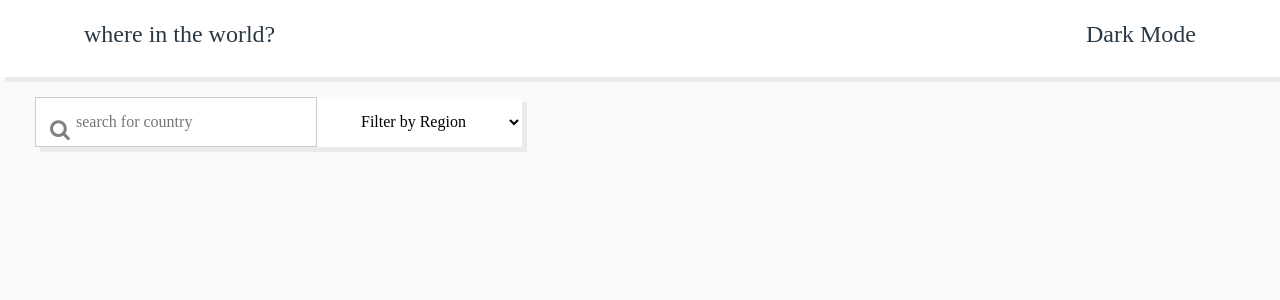
Repository: lamilekan263/countries
Page: /
These files come from the project's save history. The page is drawn as it stood at one moment and after the next save; the edit follows.
The browser window is 1280 px wide. The pictures show the whole page.
The page's requests for data from a server got no answer. The project was rebuilt for these pictures with package versions that can differ from the ones it lists, and the page was loaded fresh each time. No one was signed in, and anything a server would have sent is missing. Also part of the build but not shown: src/components/country/country.css, src/components/country/country.jsx.

Above is the page before, as saved 2020-07-20 22:14:01.

### src/index.js
import React from 'react';
import ReactDOM from 'react-dom';
import 'bootstrap/dist/css/bootstrap.css'
import App from './App';
import './App.css'

ReactDOM.render(
  <React.StrictMode>
    <App />
  </React.StrictMode>,
  document.getElementById('root')
);

// If you want your app to work offline and load faster, you can change
// unregister() to register() below. Note this comes with some pitfalls.
// Learn more about service workers: https://bit.ly/CRA-PWA
if(module.hot){
  module.hot.accept()
}

### src/App.js
import React, {Component} from 'react';
import NavBar from './components/Navbar/navBar.component'
import CountryList from './components/country-list/country-list.component'
import MyForm from './components/form.component/form.component'

class App extends Component {
  constructor(){
    super();
    this.state={
      countries :[


      ],
      searchValue : ''

      }
  }
    componentDidMount(){
    fetch('https://restcountries.eu/rest/v2/all')
    .then(response => response.json())
    .then(countries => this.setState({countries}))
  }

  handleCountry = e =>{
    this.setState({searchValue : e.target.value})
    console.log(e)

  }

  render() {
    const {countries, searchValue} = this.state
    const filteredCountries = countries.filter(country => country.name.toLowerCase().includes(searchValue.toLowerCase()))
    return (
      <div>
        <NavBar  />
        <MyForm handleChange ={this.handleCountry}/>
          <CountryList countries = {filteredCountries} />


      </div>
    );
  }
}

export default App;

### src/components/Navbar/navBar.component.jsx
import React  from 'react';
import '../Navbar/navbar.styles.css'
const NavBar = () => {
    return (
        <nav >
            <div className="myContainer" id="nav-flex">
                <div>
                    <h1 >where in the world?</h1>
                </div>
                <div>
                    <h1>Dark Mode</h1>
                </div>
            </div>
        </nav>
     );
}

export default NavBar;

### src/components/country-list/country-list.component.jsx
import React from 'react';
import Country from '../country/country'
import './country-list.styles.css'
const CountryList = props => {
    return (
        <div className="country-list container-fluid">
                    <div className="flex-country">
                        {
                            props.countries.map((country,index) => (
                                    <Country key={ index } country ={country}/>
                                    ))
                                }
                    </div>
        </div>
     );
}

export default CountryList;

### src/components/form.component/form.component.jsx
import React from 'react';
import Input from "../input.component/input.component"
import SelectDropDownByRegion from '../selectCountryRegion/selectCountryRegion.component'
import './form.styles.css';



const MyForm =props =>(
    <div className="container-fluid">
        <form className="myForm">
                <Input onHandleChange={props.handleChange}/>
                <SelectDropDownByRegion/>
        </form>
    </div>
);


export default MyForm

### src/components/Navbar/navbar.styles.css

nav{
    background-color:white;
    color:hsl(209, 23%, 22%);
    box-shadow: 5px 5px rgb(236, 234, 234);
    /* position: fixed; /* Set the navbar to fixed position */
    /* top: 0px;
    overflow: hidden;
    z-index:1; */
    width:100%;

}

h1{
    font-size:1.5em;
}
#nav-flex{
    display:flex;
    justify-content: space-between;
    padding:20px;
}
.myContainer{
    width:90%;
    margin:0 auto;
    overflow:hidden;
}

### src/components/country-list/country-list.styles.css

.country-list{
    padding:0% 7%;
    margin:150px 0 20px;


}
@media(min-width:750px){
    .flex-country{
        display:flex;
        flex-wrap:wrap;
        justify-content: space-around;
    }
}

### src/components/input.component/input.component.jsx
import React from 'react';

import './input.styles.css'


const Input = props =>(
    <div className="fontuser">
            <input type="text"
                    placeholder="search for country"
                     required />
            <i className="fa fa-search fa-lg" >{props.onHandleChange}</i>
    </div>
)

export default Input;

### src/components/selectCountryRegion/selectCountryRegion.component.jsx
import React from 'react';

import './selectCountryRegion.styles.css'

const SelectDropDownByRegion = () =>(
    <select name="Filter by Region">
        <option value="">Filter by Region</option>
        <option value="volvo">Volvo</option>
        <option value="saab">Saab</option>
        <option value="fiat">Fiat</option>
        <option value="audi">Audi</option>
    </select>
)


export default SelectDropDownByRegion

### src/components/form.component/form.styles.css
.myForm{
    position:absolute;
    top:30;
    left:10;
    display: flex;
    justify-content: space-between;
    margin:20px;
}

### src/components/input.component/input.styles.css
input{
    width:100%;
    border:none;
    box-shadow:5px 5px rgb(236, 234, 234);

    padding: 12px 40px;

    display: inline-block;
    border: 1px solid #ccc;
    box-sizing: border-box;
}
input :active{
    border: 1px solid red;

}
i{
    position: absolute;
    left: 15px;
    top: 25px;
    color: gray;
}

### src/components/selectCountryRegion/selectCountryRegion.styles.css
select{
    padding: 12px 40px;
    border: none;
    background-color: #fff;
    box-shadow:5px 5px rgb(236, 234, 234);
}

Loaded but not shown: public/index.html (common file); src/App.css (common file)

After the next save:
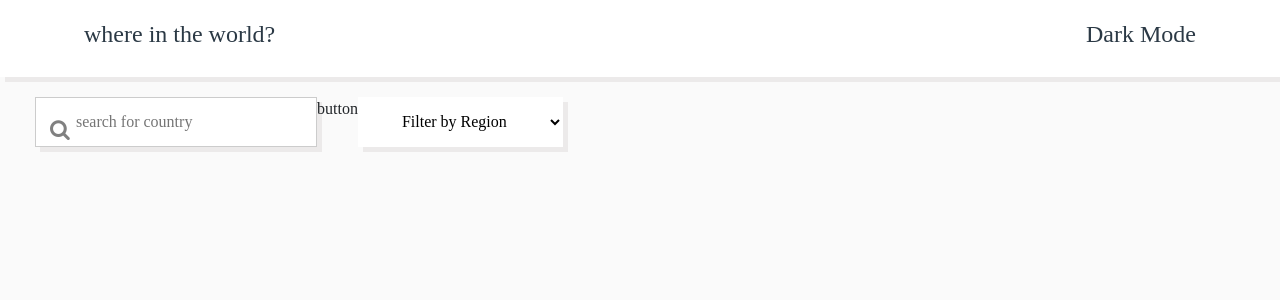
Saved 9 days later.
--- a/src/components/form.component/form.component.jsx
+++ b/src/components/form.component/form.component.jsx
@@ -9,6 +9,7 @@ const MyForm =props =>(
     <div className="container-fluid">
         <form className="myForm">
                 <Input onHandleChange={props.handleChange}/>
+                button
                 <SelectDropDownByRegion/>
         </form>
     </div>
